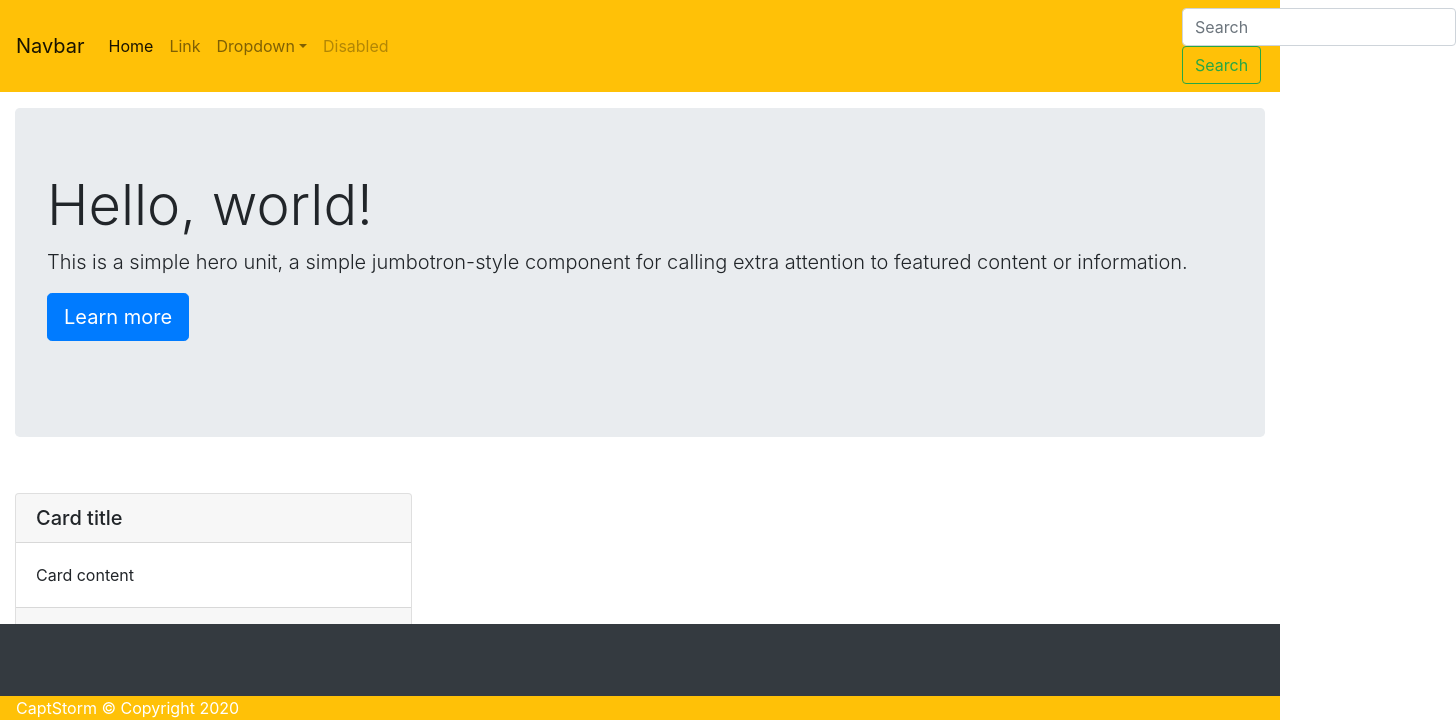
Repository: CaptainStorm21/complete-react16-bootstrap-passing-props
Page: /
An editor plug-in stored every save of this project. The page is shown before and after the next save, followed by the edit.
The browser window is 1280 px wide. The page is 1456 px wide, then 1280 px, so the pictures cover 1456 px, including what lies to the right of the window. The pictures show the whole page.
The project was rebuilt for these pictures with package versions that can differ from the ones it lists, and the page was loaded fresh each time.

Above is the page before, as saved 2020-04-23 14:20:14.

### public/index.html
<!DOCTYPE html>
<html lang="en">
<head>
  <title>Bootstrap Example</title>
  <meta charset="utf-8">
  <meta name="viewport" content="width=device-width, initial-scale=1">
  <link rel="stylesheet" href="https://maxcdn.bootstrapcdn.com/bootstrap/4.4.1/css/bootstrap.min.css">
  <script src="https://ajax.googleapis.com/ajax/libs/jquery/3.4.1/jquery.min.js"></script>
  <script src="https://cdnjs.cloudflare.com/ajax/libs/popper.js/1.16.0/umd/popper.min.js"></script>
  <script src="https://maxcdn.bootstrapcdn.com/bootstrap/4.4.1/js/bootstrap.min.js"></script>
</head>
<body>
<div id="root"></div>

</body>
</html>

### src/index.js
import React from 'react';
import ReactDOM from 'react-dom';
import './style.css';
import App from './App';
import * as serviceWorker from './serviceWorker';


ReactDOM.render(
  <React.StrictMode>
    <App />
  </React.StrictMode>,
  document.getElementById('root')
);

// If you want your app to work offline and load faster, you can change
// unregister() to register() below. Note this comes with some pitfalls.
// Learn more about service workers: https://bit.ly/CRA-PWA
serviceWorker.unregister();

### src/style.css




body {
  margin: 0;
  font-family: -apple-system, BlinkMacSystemFont, 'Segoe UI', 'Roboto', 'Oxygen',
    'Ubuntu', 'Cantarell', 'Fira Sans', 'Droid Sans', 'Helvetica Neue',
    sans-serif;
  -webkit-font-smoothing: antialiased;
  -moz-osx-font-smoothing: grayscale;
}

.footer {
  position: absolute;
  bottom: 0;
  width: 100%;
  height: 60px; /* Set the fixed height of the footer here */
  line-height: 60px; /* Vertically center the text there */
  background-color: purple;
}

### src/App.js
import React from "react";
import Main from "./components/Main";
import ContanerCard from "./components/ContainerCard";

import Header from "./components/layout/Header";
import Footer from "./components/layout/Footer";

function App() {
  return (
    <div>
      <Header />
      <div classNameName="container-fluid">
        <div className="col-lg-12 py-3">
          <Main />
        </div>
        <div className="container-fluid">
          <div className="row">
            <ContanerCard />
          </div>
        </div>
        <Footer />
      </div>
    </div>
  );
}

export default App;

### src/components/Main.js
import React from "react";

function Main() {
  return (
    <div className="jumbotron">
      <h1 className="display-4">Hello, world!</h1>
      <p className="lead">
        This is a simple hero unit, a simple jumbotron-style component for
        calling extra attention to featured content or information.
        <p className = "py-3">
        <a className="btn btn-primary btn-lg" href="#" role="button">
          Learn more
        </a>
        </p>
      </p>
    </div>
  );
}

export default Main;

### src/components/ContainerCard.js
import React from "react";

function ContainerCard() {
  return (
    <div className="col-md-4 col-lg-4 py-2">
    <div className="card">
      <h5 className="card-header">Card title</h5>
      <div className="card-body">
        <p className="card-text">Card content</p>
      </div>
      <div className="card-footer">Card footer</div>
    </div>
    </div>
  );
}

export default ContainerCard;

### src/components/layout/Header.js
import React from "react";
import Navbar from "./Navbar";

function Header() {
  return (
    <nav className="navbar navbar-expand-lg navbar-light bg-warning">
              <Navbar />
    </nav>
  );
}

export default Header;

### src/components/layout/Footer.js
import React from "react";

function Footer() {
  return (
    <footer className="bg-dark py-5 fixed-bottom ">
      <div className="container"></div>
      <div className="container-fluid">
        <div className="row bg-info">
        <div className="bg-warning fixed-bottom">
          <span className="p-3 text-white">
            CaptStorm &copy; Copyright 2020
          </span>
        </div>        </div>
      </div>
    </footer>
  );
}

export default Footer;

### src/components/layout/Navbar.js
import React from "react";
import "./Nav.css";

function Navbar() {
  return (
    <>
   <a className="navbar-brand" href="/">Navbar</a>
        <button className="navbar-toggler" type="button" data-toggle="collapse" data-target="#navbarSupportedContent" aria-controls="navbarSupportedContent" aria-expanded="false" aria-label="Toggle navigation">
          <span className="navbar-toggler-icon"></span>
        </button>

        <div className="collapse navbar-collapse" id="navbarSupportedContent">
          <ul className="navbar-nav mr-auto">
            <li className="nav-item active">
              <a className="nav-link" href="/">Home <span className="sr-only">(current)</span></a>
            </li>
            <li className="nav-item">
              <a className="nav-link" href="/">Link</a>
            </li>
            <li className="nav-item dropdown">
              <a className="nav-link dropdown-toggle" href="/" id="navbarDropdown" role="button" data-toggle="dropdown" aria-haspopup="true" aria-expanded="false">
                Dropdown
              </a>
              <div className="dropdown-menu" aria-labelledby="navbarDropdown">
                <a className="dropdown-item" href="/">Action</a>
                <a className="dropdown-item" href="/">Another action</a>
                <div className="dropdown-divider"></div>
                <a className="dropdown-item" href="/">Something else here</a>
              </div>
            </li>
            <li className="nav-item">
              <a className="nav-link disabled" href="/">Disabled</a>
            </li>
          </ul>
          <div className = "col-1">
          <form className="form-inline my-2 my-lg-0 pull-right ">
            <input className="form-control mr-sm-2" type="search" placeholder="Search" aria-label="Search" />
            <button className="btn btn-outline-success my-2 my-sm-0" type="submit">Search</button>
          </form></div>
        </div>
  </>
)
}

export default Navbar;

### src/components/layout/Nav.css
@media (min-width: 768px) {
    .navbar-nav {
      width: 100%;
      text-align: center;
    }
    .navbar-nav > li {
      float: none;
      display: inline-block;
    }
    .navbar-nav > li.navbar-right {
      float: right !important;
    }
  }

Loaded but not shown: src/serviceWorker.js (common file)

After the next save:
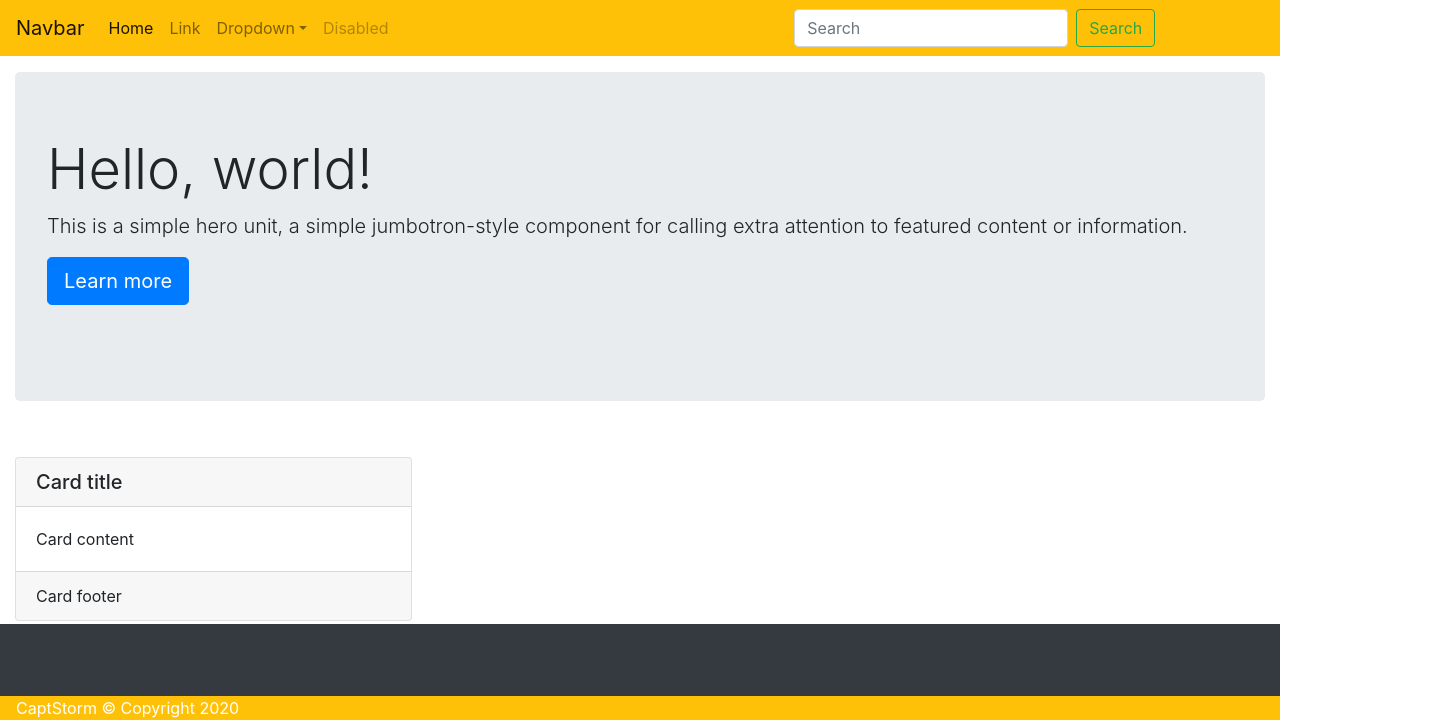
Saved 7 s later.
--- a/src/components/layout/Navbar.js
+++ b/src/components/layout/Navbar.js
@@ -32,7 +32,7 @@ function Navbar() {
               <a className="nav-link disabled" href="/">Disabled</a>
             </li>
           </ul>
-          <div className = "col-1">
+          <div className = "col-5">
           <form className="form-inline my-2 my-lg-0 pull-right ">
             <input className="form-control mr-sm-2" type="search" placeholder="Search" aria-label="Search" />
             <button className="btn btn-outline-success my-2 my-sm-0" type="submit">Search</button>
